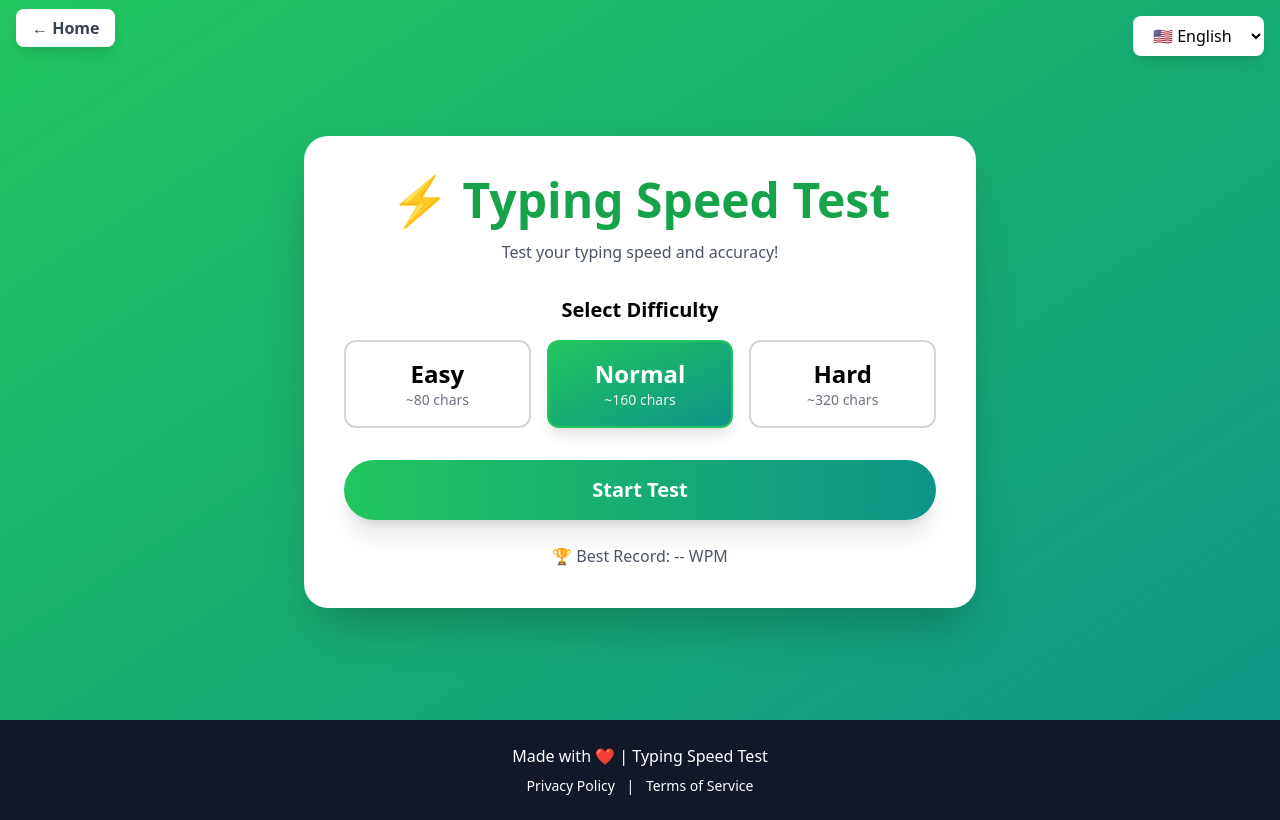
Repository: Lcmind/withjocoding
Page: typing-speed.html
The author's editor kept a copy of each file at every save. The page is drawn from the files as they stood at one save, then again after the next save.
The browser window is 1280 px wide. The pictures show the whole page.
Some web libraries are served in a nearby version.

Above is the page before, as saved 2026-01-13 20:12:38.

### typing-speed.html
<!DOCTYPE html>
<html lang="en">
<head>
  <meta charset="UTF-8">
  <meta name="viewport" content="width=device-width, initial-scale=1.0">
  <meta name="description" content="Free Typing Speed Test! Measure your typing speed (WPM) and accuracy. Random texts every time!">
  <title>Typing Speed Test - Measure Your Typing Speed | WPM Test</title>

  <!-- Tailwind CSS -->
  <script src="https://cdn.tailwindcss.com"></script>
  <script>
    tailwind.config = {
      theme: {
        extend: {
          colors: {
            primary: '#667eea',
            secondary: '#764ba2',
          }
        }
      }
    }
  </script>

  <!-- Google AdSense -->
  <script async src="https://pagead2.googlesyndication.com/pagead/js/adsbygoogle.js?client=ca-pub-1247545232353663"
     crossorigin="anonymous"></script>
</head>
<body class="min-h-screen bg-gradient-to-br from-green-500 to-teal-600">

  <!-- 언어 선택 -->
  <div class="fixed top-4 right-4 z-50">
    <select id="language-selector" class="px-4 py-2 rounded-lg bg-white shadow-lg cursor-pointer">
      <option value="ko">🇰🇷 한국어</option>
      <option value="en">🇺🇸 English</option>
    </select>
  </div>

  <!-- 홈으로 돌아가기 -->
  <div class="fixed top-4 left-4 z-50">
    <a href="index.html" class="px-4 py-2 bg-white rounded-lg shadow-lg hover:shadow-xl transition-all text-gray-700 font-bold">
      ← <span data-i18n="backHome">Home</span>
    </a>
  </div>

  <!-- 시작 화면 -->
  <div id="start-screen" class="screen active min-h-screen flex flex-col items-center justify-center p-4">
    <!-- 상단 광고 -->
    <div class="mb-6 flex justify-center">
      <ins class="adsbygoogle block"
           style="display:block; max-height:90px;"
           data-ad-format="horizontal"
           data-ad-client="ca-pub-1247545232353663"
           data-full-width-responsive="true"></ins>
    </div>

    <div class="max-w-2xl w-full bg-white rounded-3xl shadow-2xl p-6 md:p-10">
      <h1 class="text-4xl md:text-5xl font-bold text-center text-green-600 mb-4">
        ⚡ <span data-i18n="title">Typing Speed Test</span>
      </h1>
      <p class="text-center text-gray-600 mb-8" data-i18n="subtitle">Test your typing speed and accuracy!</p>

      <!-- 난이도 선택 (글자수 기준) -->
      <div class="mb-8">
        <h3 class="text-xl font-bold text-center mb-4">Select Difficulty</h3>
        <div class="grid grid-cols-3 gap-4">
          <button class="difficulty-btn border-2 border-gray-300 rounded-xl p-4 hover:border-green-500 hover:shadow-lg transition-all" data-chars="80">
            <div class="font-bold text-2xl">Easy</div>
            <div class="text-sm text-gray-500">~80 chars</div>
          </button>
          <button class="difficulty-btn active border-2 border-green-500 bg-gradient-to-br from-green-500 to-teal-600 text-white rounded-xl p-4 shadow-lg" data-chars="160">
            <div class="font-bold text-2xl">Normal</div>
            <div class="text-sm opacity-90">~160 chars</div>
          </button>
          <button class="difficulty-btn border-2 border-gray-300 rounded-xl p-4 hover:border-green-500 hover:shadow-lg transition-all" data-chars="320">
            <div class="font-bold text-2xl">Hard</div>
            <div class="text-sm text-gray-500">~320 chars</div>
          </button>
        </div>
      </div>

      <button id="start-btn" class="w-full bg-gradient-to-r from-green-500 to-teal-600 text-white font-bold text-xl py-4 rounded-full shadow-xl hover:shadow-2xl hover:-translate-y-1 transition-all">
        <span data-i18n="startTest">Start Test</span>
      </button>

      <div class="mt-6 text-center text-gray-600">
        <p>🏆 <span data-i18n="bestRecord">Best Record</span>: <span id="best-record">-- WPM</span></p>
      </div>
    </div>
  </div>

  <!-- 게임 화면 -->
  <div id="game-screen" class="screen hidden min-h-screen flex flex-col items-center justify-center p-4">
    <div class="max-w-3xl w-full bg-white rounded-3xl shadow-2xl p-6 md:p-10">
      <!-- 타이머 -->
      <div class="text-center mb-6">
        <div class="text-5xl font-bold text-green-600" id="timer-display">60</div>
        <div class="text-gray-500" data-i18n="secondsLeft">seconds left</div>
      </div>

      <!-- 텍스트 표시 -->
      <div id="text-display" class="text-2xl leading-relaxed mb-6 p-6 bg-gray-50 rounded-2xl min-h-[200px] font-mono">
        <!-- 텍스트가 여기에 표시됩니다 -->
      </div>

      <!-- 입력 필드 -->
      <input type="text" id="typing-input" class="w-full text-2xl p-4 border-4 border-green-500 rounded-xl focus:outline-none focus:border-teal-600 font-mono" placeholder="Start typing..." autocomplete="off" disabled>

      <!-- 통계 -->
      <div class="grid grid-cols-2 gap-4 mt-6">
        <div class="bg-green-50 rounded-xl p-4 text-center">
          <div class="text-gray-600 text-sm" data-i18n="wpm">WPM</div>
          <div id="wpm-display" class="text-3xl font-bold text-green-600">0</div>
        </div>
        <div class="bg-teal-50 rounded-xl p-4 text-center">
          <div class="text-gray-600 text-sm" data-i18n="accuracy">Accuracy</div>
          <div id="accuracy-display" class="text-3xl font-bold text-teal-600">100%</div>
        </div>
      </div>
    </div>
  </div>

  <!-- 결과 화면 -->
  <div id="result-screen" class="screen hidden min-h-screen flex flex-col items-center justify-center p-4">
    <div class="max-w-2xl w-full bg-white rounded-3xl shadow-2xl p-6 md:p-10">
      <h1 class="text-4xl font-bold text-center text-green-600 mb-8">
        🎉 <span data-i18n="complete">Complete!</span>
      </h1>

      <div class="bg-gradient-to-br from-green-500 to-teal-600 text-white rounded-2xl p-8 mb-6">
        <div class="text-center mb-6">
          <div class="text-lg opacity-90 mb-2" data-i18n="yourSpeed">Your Typing Speed</div>
          <div id="final-wpm" class="text-6xl font-bold">0</div>
          <div class="text-2xl mt-2">WPM</div>
        </div>

        <div class="grid grid-cols-2 gap-4">
          <div class="bg-white/20 rounded-xl p-4 text-center">
            <div class="text-sm opacity-90" data-i18n="accuracy">Accuracy</div>
            <div id="final-accuracy" class="text-2xl font-bold">100%</div>
          </div>
          <div class="bg-white/20 rounded-xl p-4 text-center">
            <div class="text-sm opacity-90" data-i18n="cpm">CPM</div>
            <div id="final-cpm" class="text-2xl font-bold">0</div>
          </div>
        </div>
      </div>

      <div class="flex gap-4">
        <button id="retry-btn" class="flex-1 bg-gradient-to-r from-green-500 to-teal-600 text-white font-bold text-xl py-4 rounded-full shadow-xl hover:shadow-2xl hover:-translate-y-1 transition-all">
          <span data-i18n="tryAgain">Try Again</span>
        </button>
        <button id="home-btn" class="flex-1 bg-white text-green-600 border-2 border-green-600 font-bold text-xl py-4 rounded-full hover:bg-green-600 hover:text-white transition-all">
          <span data-i18n="backHome">Home</span>
        </button>
      </div>
    </div>

    <!-- 하단 광고 -->
    <div class="mt-6 flex justify-center">
      <ins class="adsbygoogle block"
           style="display:block; min-height:250px;"
           data-ad-format="autorelaxed"
           data-ad-client="ca-pub-1247545232353663"
           data-full-width-responsive="true"></ins>
    </div>
  </div>

  <!-- Footer -->
  <footer class="w-full py-6 text-center text-white bg-gray-900">
    <p class="mb-2">Made with ❤️ | Typing Speed Test</p>
    <p class="text-sm">
      <a href="privacy.html" class="text-white hover:underline mx-2" data-i18n="privacyPolicy">Privacy Policy</a> |
      <a href="terms.html" class="text-white hover:underline mx-2" data-i18n="termsOfService">Terms of Service</a>
    </p>
  </footer>

  <!-- AdSense 초기화 -->
  <script>
    (adsbygoogle = window.adsbygoogle || []).push({});
  </script>

  <script>
    // 번역
    const translations = {
      ko: {
        title: '타이핑 속도 테스트',
        subtitle: '타이핑 속도와 정확도를 측정하세요!',
        selectDuration: '시간 선택',
        seconds: '초',
        startTest: '테스트 시작',
        bestRecord: '최고 기록',
        secondsLeft: '초 남음',
        wpm: '분당 타수',
        accuracy: '정확도',
        complete: '완료!',
        yourSpeed: '타이핑 속도',
        cpm: '분당 글자수',
        tryAgain: '다시 하기',
        backHome: '홈으로',
        privacyPolicy: '개인정보처리방침',
        termsOfService: '이용약관'
      },
      en: {
        title: 'Typing Speed Test',
        subtitle: 'Test your typing speed and accuracy!',
        selectDuration: 'Select Duration',
        seconds: 'seconds',
        startTest: 'Start Test',
        bestRecord: 'Best Record',
        secondsLeft: 'seconds left',
        wpm: 'WPM',
        accuracy: 'Accuracy',
        complete: 'Complete!',
        yourSpeed: 'Your Typing Speed',
        cpm: 'CPM',
        tryAgain: 'Try Again',
        backHome: 'Home',
        privacyPolicy: 'Privacy Policy',
        termsOfService: 'Terms of Service'
      }
    };

    // 랜덤 텍스트 (언어별)
    const textPool = {
      ko: [
        '빠른 갈색 여우가 게으른 개를 뛰어넘습니다. 연습은 완벽을 만듭니다. 꾸준함이 중요합니다.',
        '프로그래밍은 문제를 해결하는 예술입니다. 코드는 생각을 표현하는 언어입니다.',
        '인생은 자전거를 타는 것과 같습니다. 균형을 유지하려면 계속 움직여야 합니다.',
        '성공의 비결은 시작하는 것입니다. 완벽할 때까지 기다리지 마세요.',
        '오늘의 나는 어제의 나보다 나아져야 합니다. 작은 진보라도 진보입니다.',
        '독서는 마음의 양식입니다. 책은 우리를 새로운 세계로 안내합니다.',
        '음악은 영혼의 언어입니다. 음악을 통해 우리는 하나가 됩니다.',
        '여행은 새로운 경험을 쌓는 최고의 방법입니다. 세상은 넓고 아름답습니다.'
      ],
      en: [
        'The quick brown fox jumps over the lazy dog. Practice makes perfect. Consistency is key to improvement.',
        'Programming is the art of solving problems. Code is the language of thoughts and ideas.',
        'Life is like riding a bicycle. To keep your balance you must keep moving forward.',
        'The secret of getting ahead is getting started. Do not wait until everything is perfect.',
        'Be better today than you were yesterday. Small progress is still progress and matters.',
        'Reading is food for the mind. Books transport us to new worlds and perspectives.',
        'Music is the language of the soul. Through music we connect and become one.',
        'Travel is the best way to gain new experiences. The world is vast and beautiful.'
      ]
    };

    let currentLang = localStorage.getItem('preferredLanguage') || 'en';
    const languageSelector = document.getElementById('language-selector');
    languageSelector.value = currentLang;

    function t(key) {
      return translations[currentLang][key] || key;
    }

    function updateLanguage() {
      document.querySelectorAll('[data-i18n]').forEach(el => {
        const key = el.getAttribute('data-i18n');
        el.textContent = t(key);
      });
    }

    languageSelector.addEventListener('change', (e) => {
      currentLang = e.target.value;
      localStorage.setItem('preferredLanguage', currentLang);
      updateLanguage();
    });

    updateLanguage();

    // 게임 변수 (문자수 기반)
    let targetChars = 160; // default normal
    let elapsedInterval = null;
    let targetText = '';
    let typedText = '';
    let correctChars = 0;
    let totalChars = 0;
    let startTime = 0;
    let endTime = 0;

    // 버튼 이벤트 (난이도: 문자수 기준)
    document.querySelectorAll('.difficulty-btn').forEach(btn => {
      btn.addEventListener('click', () => {
        document.querySelectorAll('.difficulty-btn').forEach(b => {
          b.classList.remove('active', 'border-green-500', 'bg-gradient-to-br', 'from-green-500', 'to-teal-600', 'text-white', 'shadow-lg');
          b.classList.add('border-gray-300');
        });
        btn.classList.remove('border-gray-300');
        btn.classList.add('active', 'border-green-500', 'bg-gradient-to-br', 'from-green-500', 'to-teal-600', 'text-white', 'shadow-lg');
        targetChars = parseInt(btn.dataset.chars);
        loadBestRecord();
      });
    });

    document.getElementById('start-btn').addEventListener('click', startGame);
    document.getElementById('retry-btn').addEventListener('click', () => {
      hideScreen(document.getElementById('result-screen'));
      showScreen(document.getElementById('start-screen'));
    });
    document.getElementById('home-btn').addEventListener('click', () => {
      window.location.href = 'index.html';
    });

    function startGame() {
      hideScreen(document.getElementById('start-screen'));
      showScreen(document.getElementById('game-screen'));

      initGame();
    }

    function initGame() {
      // 텍스트를 targetChars 이상으로 조합
      const texts = textPool[currentLang];
      targetText = '';
      while (targetText.length < targetChars) {
        const piece = texts[Math.floor(Math.random() * texts.length)];
        if (targetText.length > 0) targetText += ' ';
        targetText += piece;
      }

      typedText = '';
      correctChars = 0;
      totalChars = 0;

      // 텍스트 표시
      renderText();

      // 초기 문자 카운트 표시
      document.getElementById('timer-display').textContent = targetText.length - typedText.length;
      document.getElementById('typing-input').value = '';
      document.getElementById('typing-input').disabled = false;
      document.getElementById('typing-input').focus();

      // 시작 시간
      startTime = Date.now();
      if (elapsedInterval) clearInterval(elapsedInterval);
      elapsedInterval = setInterval(() => {
        // reserved for optional live updates
      }, 500);

      // 입력 이벤트
      const input = document.getElementById('typing-input');
      input.addEventListener('input', handleTyping);
    }

    function renderText() {
      const display = document.getElementById('text-display');
      display.innerHTML = '';

      for (let i = 0; i < targetText.length; i++) {
        const span = document.createElement('span');
        span.textContent = targetText[i];
        span.className = 'text-gray-400';

        if (i < typedText.length) {
          if (typedText[i] === targetText[i]) {
            span.className = 'text-green-600';
          } else {
            span.className = 'text-red-600 bg-red-100';
          }
        } else if (i === typedText.length) {
          span.className = 'text-gray-800 bg-yellow-200';
        }

        display.appendChild(span);
      }
    }

    function handleTyping(e) {
      typedText = e.target.value;
      totalChars = typedText.length;

      // 정확한 글자 수 계산
      correctChars = 0;
      for (let i = 0; i < typedText.length && i < targetText.length; i++) {
        if (typedText[i] === targetText[i]) {
          correctChars++;
        }
      }

      renderText();
      updateStats();

      // 완료 체크
      const left = Math.max(targetText.length - typedText.length, 0);
      document.getElementById('timer-display').textContent = left;
      if (typedText.length >= targetText.length) {
        // Trim any extra characters and finalize
        typedText = typedText.slice(0, targetText.length);
        endGame();
      }
    }

    function updateStats() {
      const elapsedMin = Math.max((Date.now() - startTime) / 60000, 1/60000);
      const wpm = Math.round((correctChars / 5) / elapsedMin);
      const cpm = Math.round(correctChars / elapsedMin);
      const accuracy = totalChars > 0 ? Math.round((correctChars / totalChars) * 100) : 100;

      document.getElementById('wpm-display').textContent = wpm;
      document.getElementById('accuracy-display').textContent = accuracy + '%';
    }

    function endGame() {
      clearInterval(elapsedInterval);
      document.getElementById('typing-input').disabled = true;

      endTime = Date.now();
      const elapsedMin = Math.max((endTime - startTime) / 60000, 1/60000);
      const wpm = Math.round((correctChars / 5) / elapsedMin);
      const cpm = Math.round(correctChars / elapsedMin);
      const accuracy = totalChars > 0 ? Math.round((correctChars / totalChars) * 100) : 100;

      document.getElementById('final-wpm').textContent = wpm;
      document.getElementById('final-cpm').textContent = cpm;
      document.getElementById('final-accuracy').textContent = accuracy + '%';

      // 최고 기록 저장 (difficulty by char count)
      const key = `typingBest_${targetChars}`;
      const best = localStorage.getItem(key);
      if (!best || wpm > parseInt(best)) {
        localStorage.setItem(key, wpm);
      }

      hideScreen(document.getElementById('game-screen'));
      showScreen(document.getElementById('result-screen'));
    }

    function showScreen(screen) {
      screen.classList.remove('hidden');
      screen.classList.add('active');
    }

    function hideScreen(screen) {
      screen.classList.add('hidden');
      screen.classList.remove('active');
    }

    function loadBestRecord() {
      const key = `typingBest_${targetChars}`;
      const best = localStorage.getItem(key);
      document.getElementById('best-record').textContent = best ? `${best} WPM` : '-- WPM';
    }

    loadBestRecord();
  </script>
</body>
</html>

After the next save:
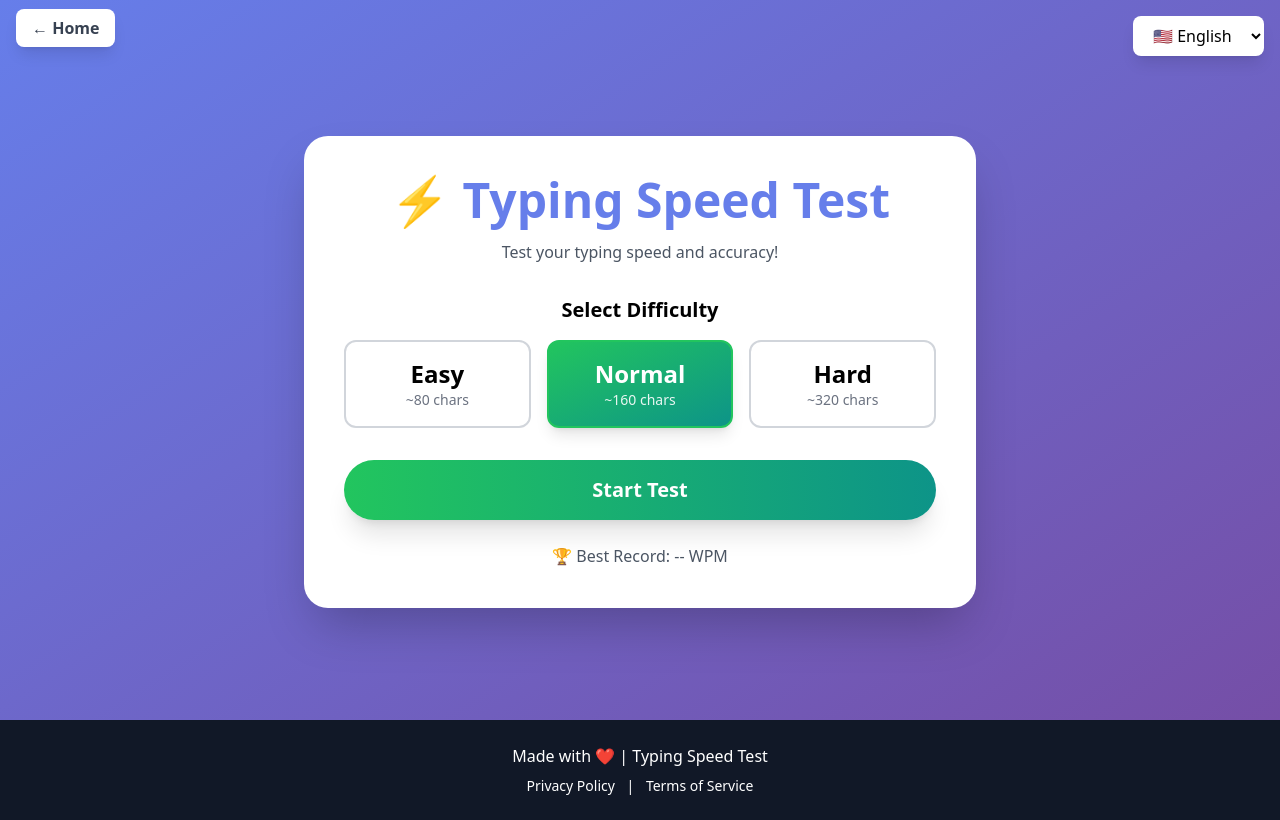
Saved 8 s later.
--- a/typing-speed.html
+++ b/typing-speed.html
@@ -25,7 +25,7 @@
   <script async src="https://pagead2.googlesyndication.com/pagead/js/adsbygoogle.js?client=ca-pub-1247545232353663"
      crossorigin="anonymous"></script>
 </head>
-<body class="min-h-screen bg-gradient-to-br from-green-500 to-teal-600">
+<body class="min-h-screen bg-gradient-to-br from-primary to-secondary overflow-x-hidden">
 
   <!-- 언어 선택 -->
   <div class="fixed top-4 right-4 z-50">
@@ -54,7 +54,7 @@
     </div>
 
     <div class="max-w-2xl w-full bg-white rounded-3xl shadow-2xl p-6 md:p-10">
-      <h1 class="text-4xl md:text-5xl font-bold text-center text-green-600 mb-4">
+      <h1 class="text-4xl md:text-5xl font-bold text-center text-primary mb-4">
         ⚡ <span data-i18n="title">Typing Speed Test</span>
       </h1>
       <p class="text-center text-gray-600 mb-8" data-i18n="subtitle">Test your typing speed and accuracy!</p>
